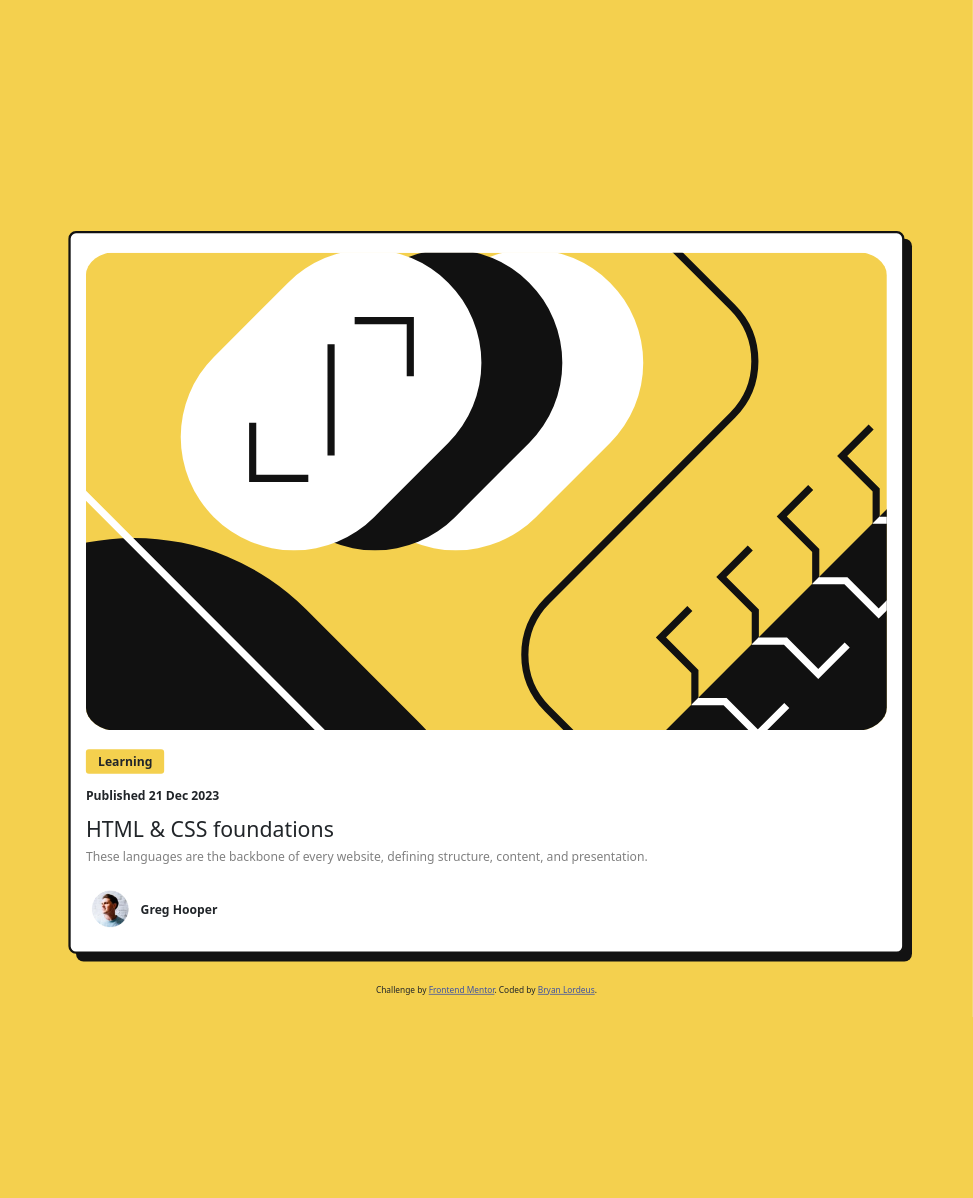
Repository: blordeus/blog-preview-card
Page: index.html
These files come from the project's save history. The page is drawn as it stood at one moment and after the next save; the edit follows.
The browser window is 1280 px wide. The pictures show the whole page, at 76% of full size.
The style sheet was rebuilt from its Sass, Less or Tailwind sources for each picture, by a compiler version that may differ from the author's.

Above is the page before, as saved 2024-02-10 10:47:19.

After the next save:
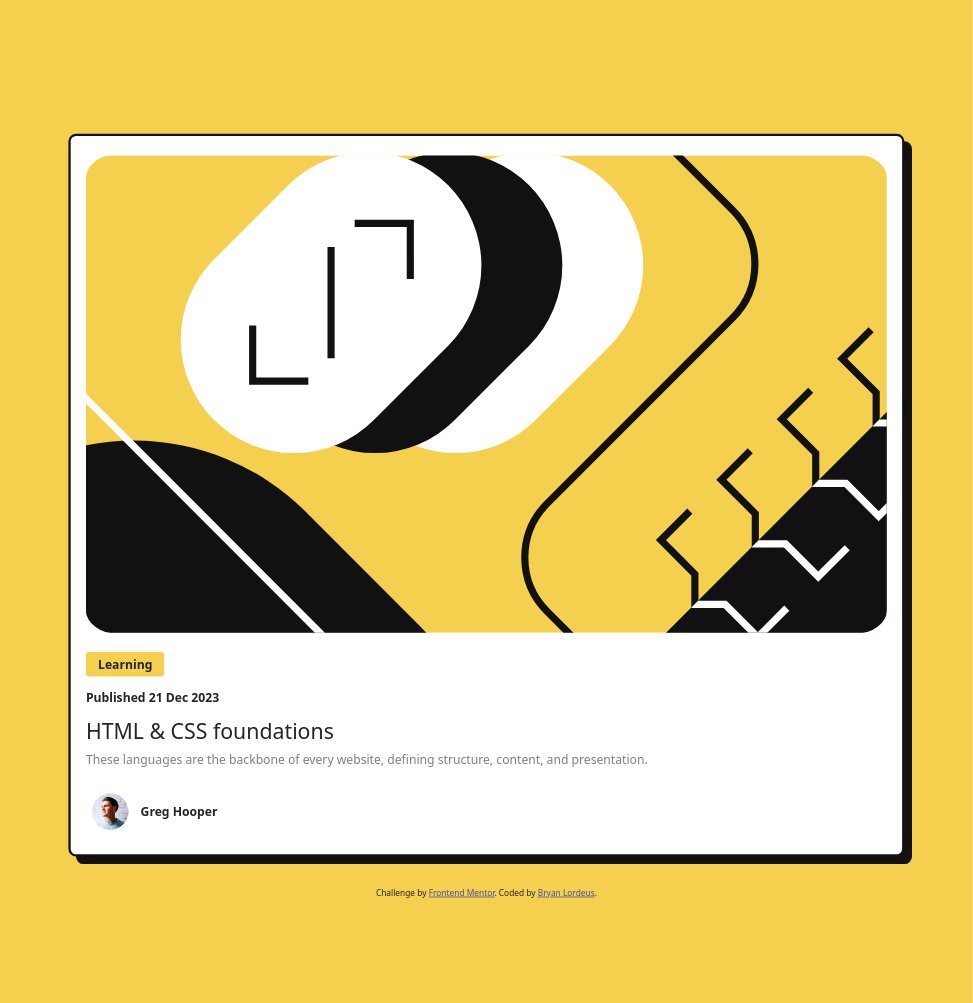
Saved 6 s later.
--- a/style.scss
+++ b/style.scss
@@ -80,7 +80,7 @@ p {
     }
 
     body {
-       padding: 20%;
+       padding: 10%;
     }
 
     main {
